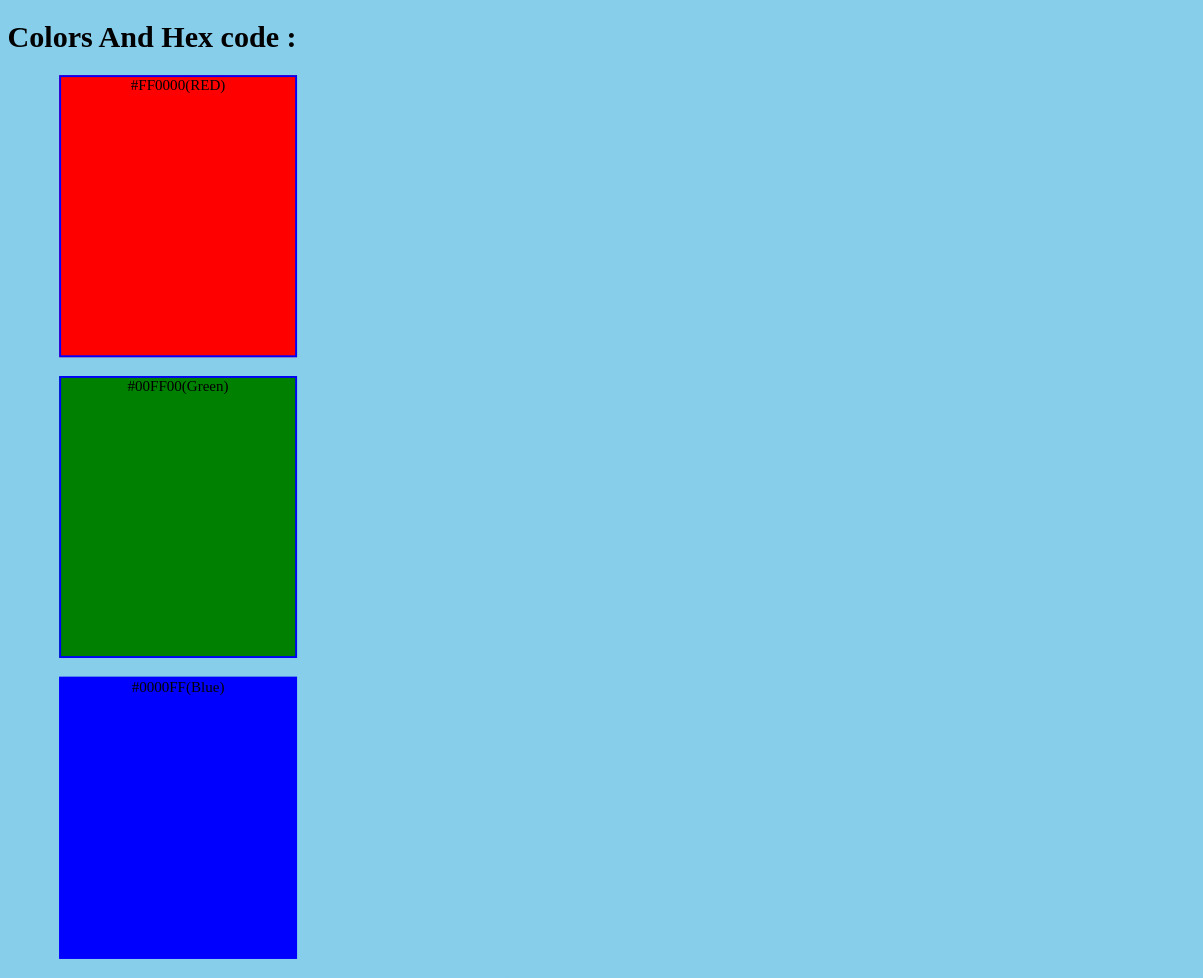
Repository: MintuKrishnan/subrahmanyam-batch
Page: front-end/position/index.html
These files come from the project's save history. The page is drawn as it stood at one moment and after the next save; the edit follows.
The browser window is 1280 px wide. The pictures show the whole page, at 94% of full size.

Above is the page before, as saved 2021-03-04 10:48:08.

After the next save:
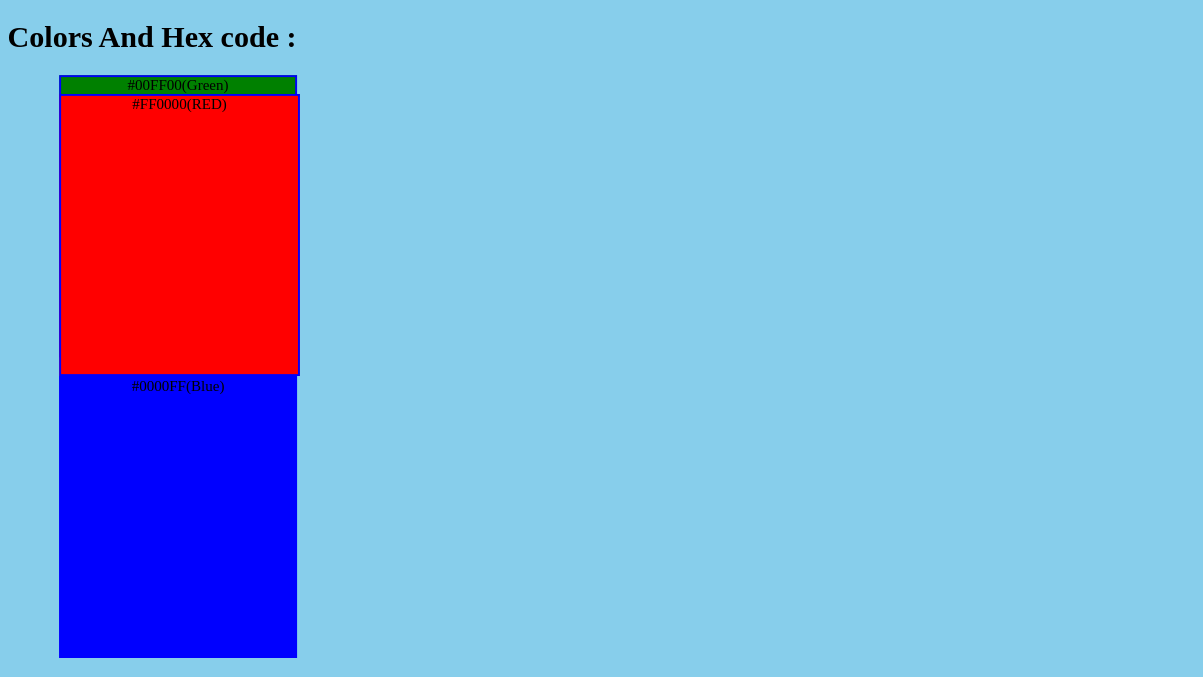
Saved 23 s later.
--- a/front-end/position/style.css
+++ b/front-end/position/style.css
@@ -14,7 +14,8 @@ body {
 .fix {
   position: fixed;
 }
-.sticky {
+.absolute {
+  position: absolute;
 }
 .bottom1 {
   background: red;
